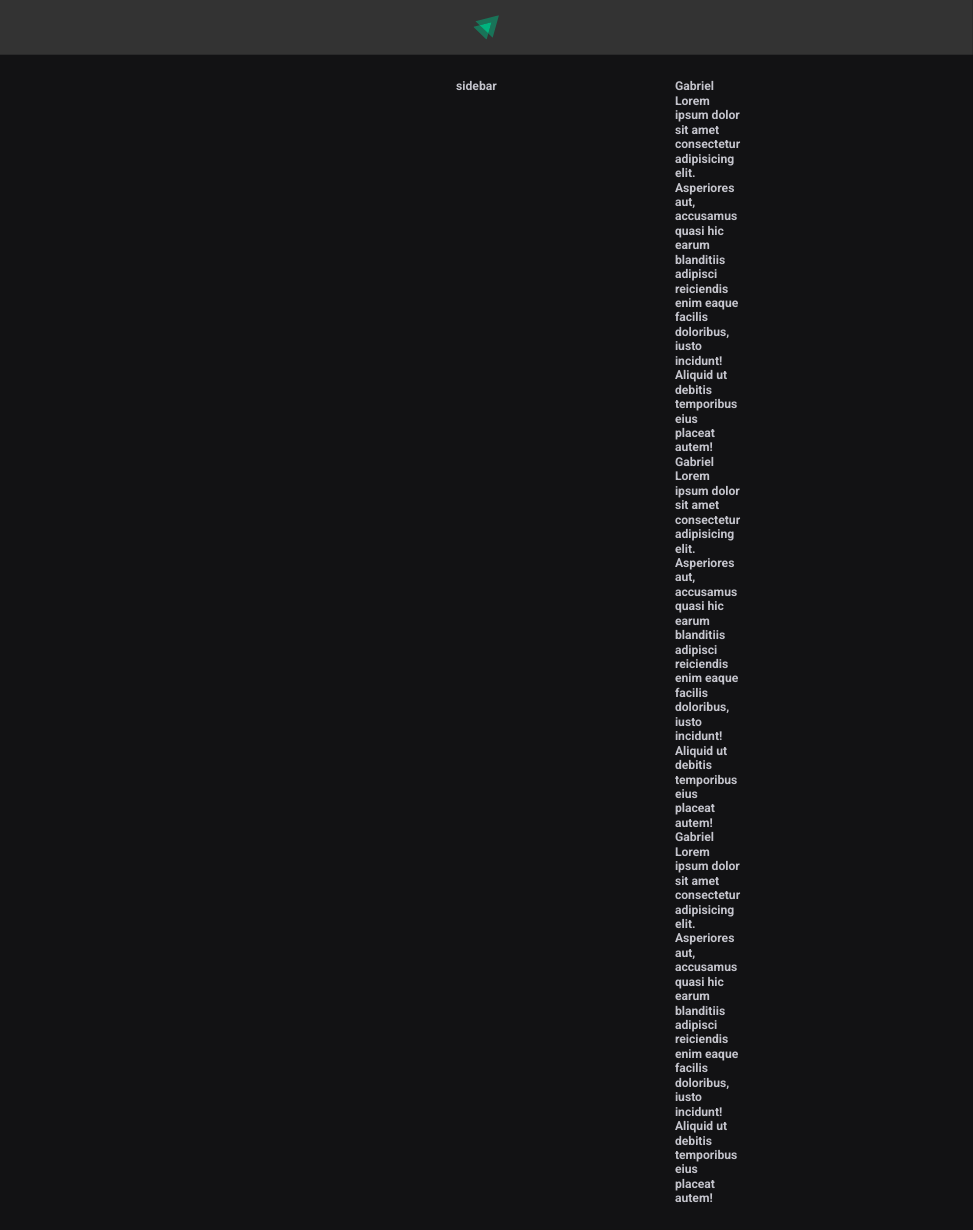
Repository: viniimartins/reactFundamentosRocketseat
Page: /
An editor plug-in stored every save of this project. The page is shown before and after the next save, followed by the edit.
The browser window is 1280 px wide. The pictures show the whole page, at 76% of full size.
The project was rebuilt for these pictures with package versions that can differ from the ones it lists, and the page was loaded fresh each time. Also part of the build but not shown: vite.config.js.

Above is the page before, as saved 2023-04-28 16:03:40.

After the next save:
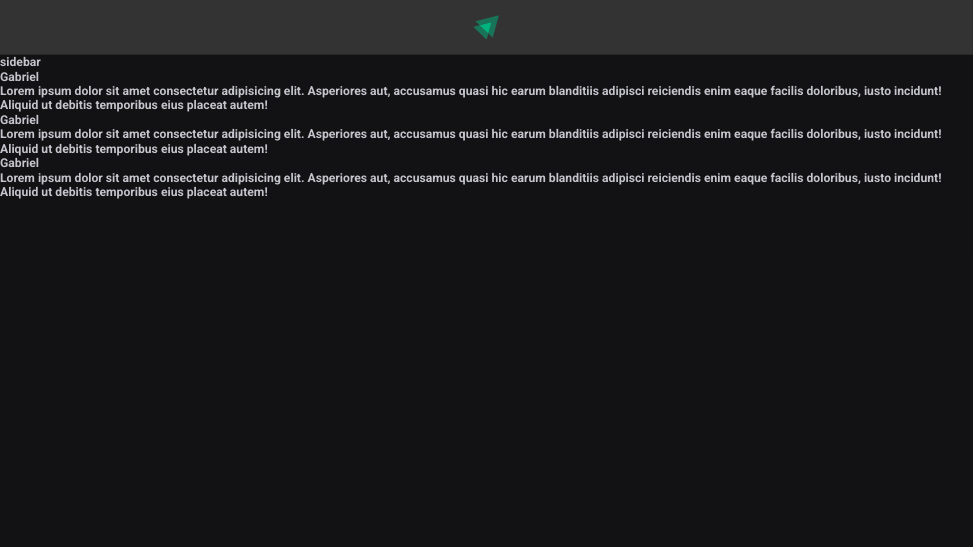
Saved 5 min 42 s later.
--- a/src/App.module.css
+++ b/src/App.module.css
@@ -1,10 +1,10 @@
 .wrapper {
-    max-width: 7rem;
+    /* max-width: 7rem;
     margin: 2rem auto;
     padding: 0 1rem;
 
     display: grid;
     grid-template-columns: 256px 1fr;
     gap: 2rem;
-    align-items: flex-start;
+    align-items: flex-start; */
 }
